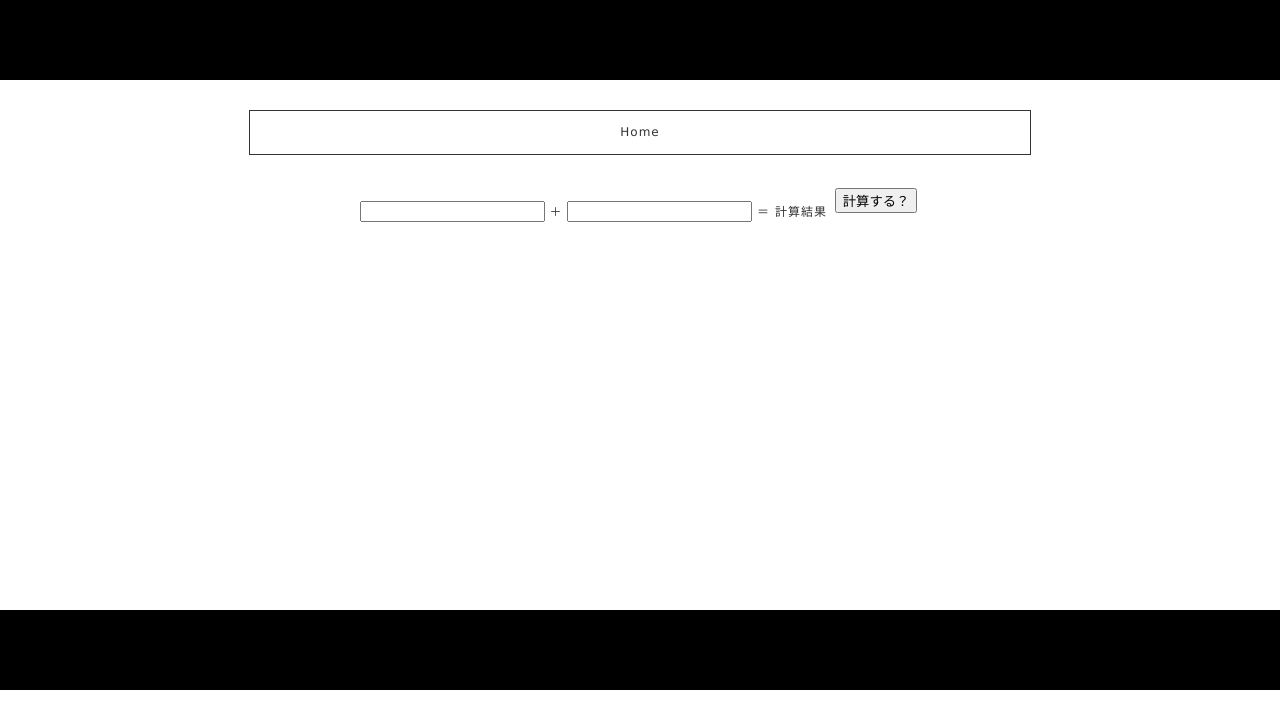
Repository: HattoriKotaro19920408/Keisanchan
Page: http://localhost/Keisanchan/
The author's editor kept a copy of each file at every save. The page is drawn from the files as they stood at one save, then again after the next save.
The browser window is 1280 px wide. The pictures show the whole page.
The page is served by Tomcat 9.

Above is the page before, as saved 2018-08-16 01:43:49.

After the next save:
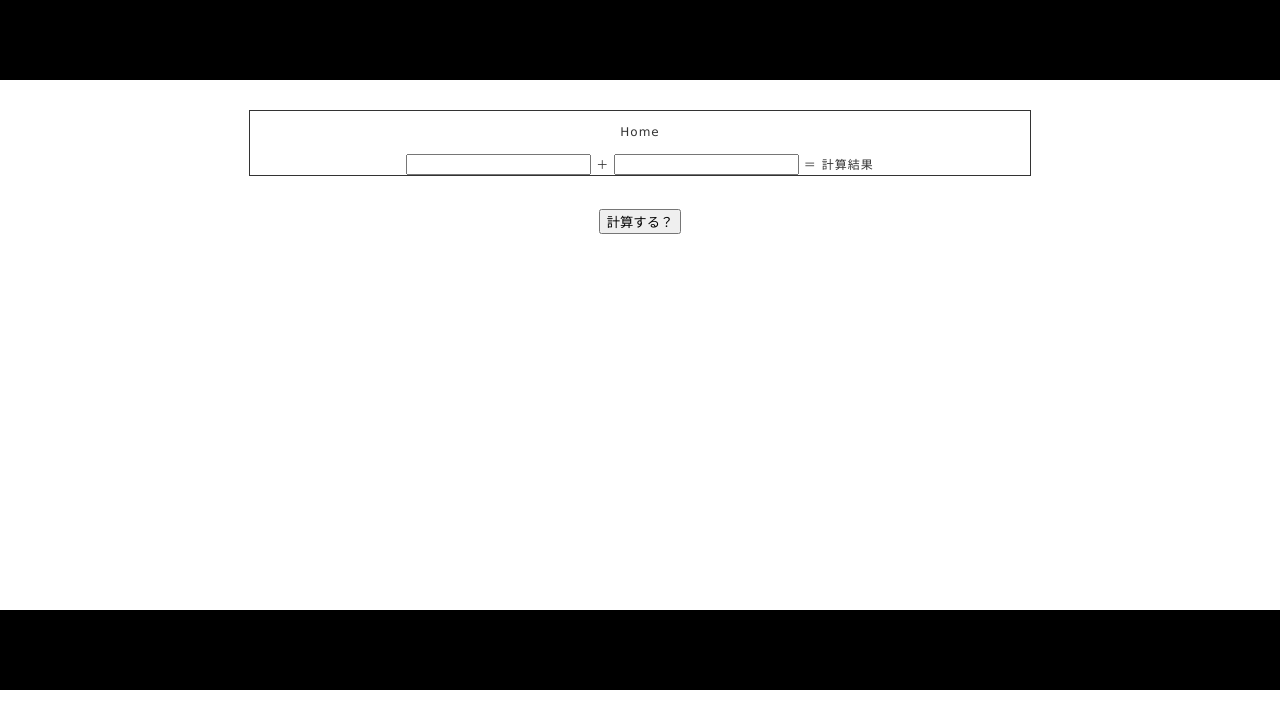
Saved 41 s later.
--- a/Keisanchan/WebContent/home.jsp
+++ b/Keisanchan/WebContent/home.jsp
@@ -64,13 +64,14 @@
     <div id="main">
          <div id="top">
               <p>Home</p>
-         </div>
-         <form oninput="document.getElementById('op3').value =
+              <form oninput="document.getElementById('op3').value =
 					parseInt(document.getElementById('na').value, 10) +
 					parseInt(document.getElementById('nb').value, 10)">
 					<input type="number" id="na"> ＋
 					<input type="number" id="nb"> ＝
 					<output for="na nb" id="op3">計算結果</output>
+         </div>
+
          <div id="text-center">
               <s:form action="HomeAction">
                       <s:submit value="計算する？"/>
